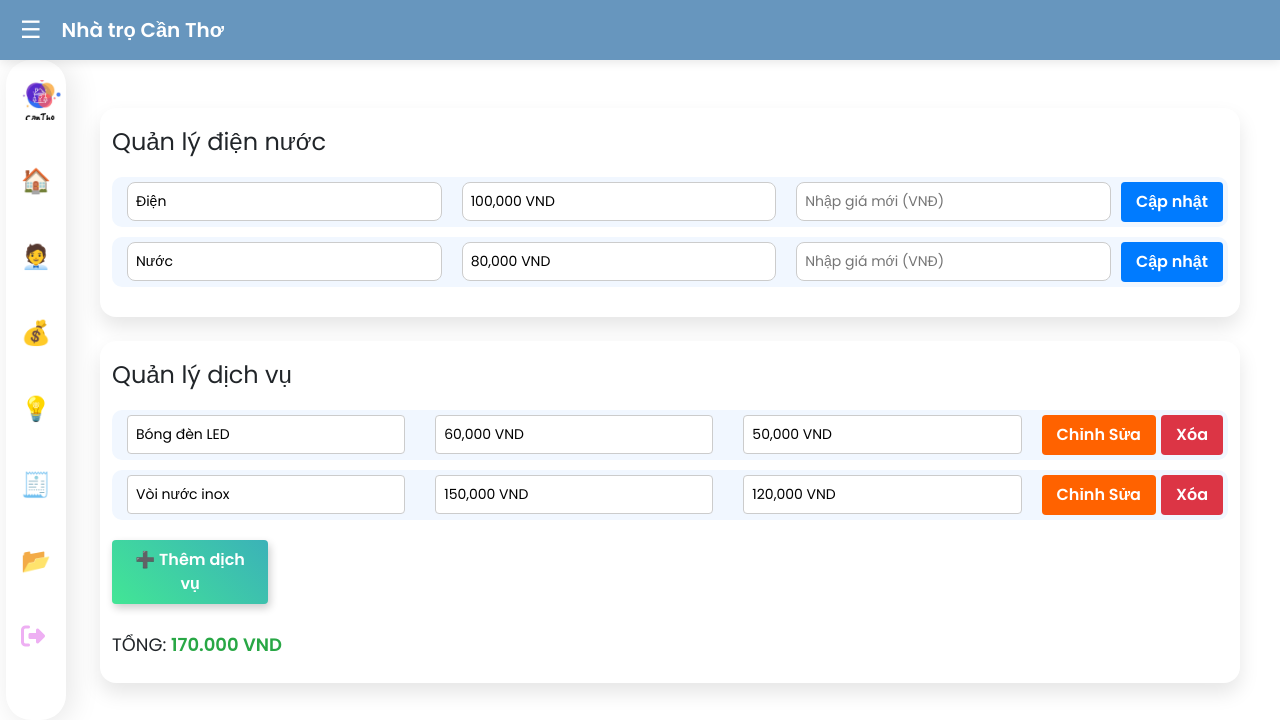
Repository: nhutty0402/DoAn02
Page: HTML/dichvu.html
These files come from the project's save history. The page is drawn as it stood at one moment and after the next save; the edit follows.
The browser window is 1280 px wide. The pictures show the whole page.

Above is the page before, as saved 2025-03-21 00:07:15.

After the next save:
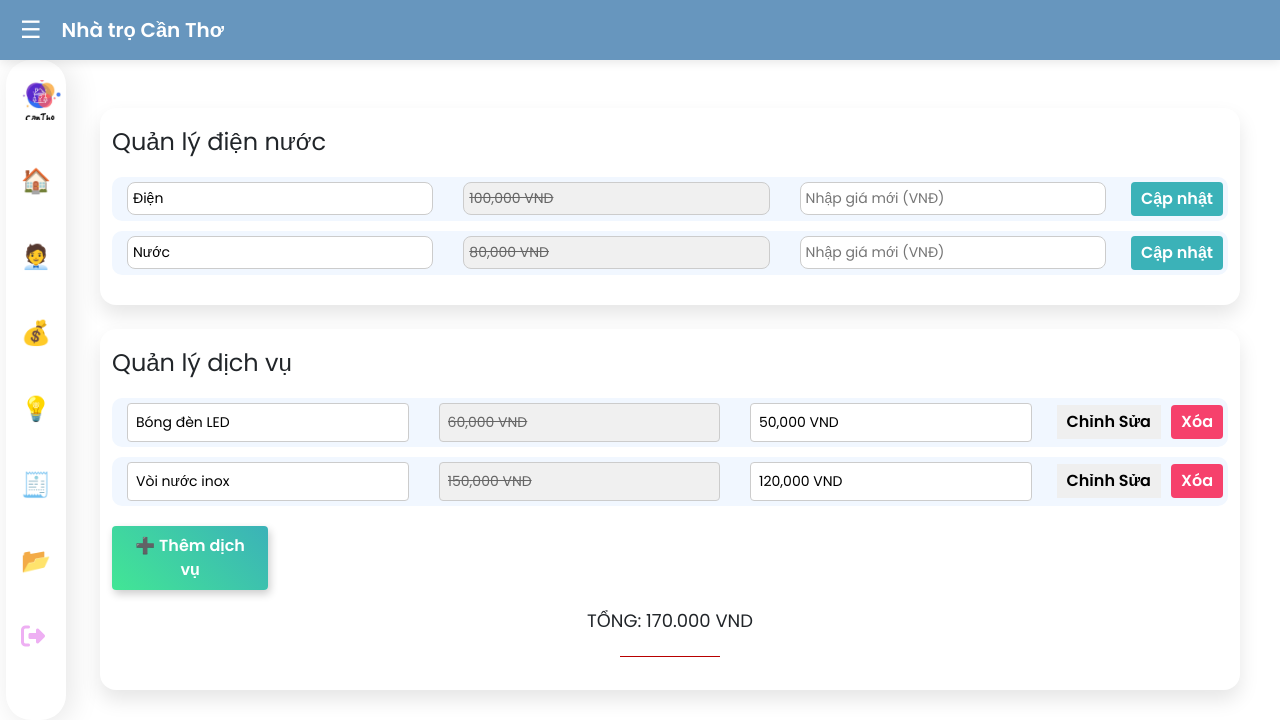
Saved 9 s later.
--- a/CSS/dichvu.css
+++ b/CSS/dichvu.css
@@ -412,6 +412,64 @@ button {
 
 
 
+.cf-title-01 h6 {
+	text-align:center;
+	text-transform:uppercase;
+	padding-bottom:5px;
+}
+/* .cf-title-01 h6:before {
+	width:28px;
+	height:5px;
+	display:block;
+	content:"";
+	position:absolute;
+	bottom:3px;
+	left:50%;
+	margin-left:-14px;
+	background-color:#b80000;
+} */
+.cf-title-01 h6:after {
+	width:100px;
+	height:1px;
+	display:block;
+	content:"";
+	position:relative;
+	margin-top:25px;
+	left:50%;
+	margin-left:-50px;
+	background-color: #b80000;
+}
+
+.container {
+  max-width: 800px;
+  margin: 20px auto;
+  padding: 20px;
+}
+.product, .service {
+  display: flex;
+  align-items: center;
+  margin: 10px 0;
+  gap: 10px;
+}
+input[type="text"] {
+  padding: 5px;
+  flex: 1;
+}
+input[readonly].old-price {
+  background-color: #f0f0f0;
+  color: #666;
+  text-decoration: line-through;
+}
+.btn-group button {
+  margin-left: 5px;
+  padding: 5px 10px;
+  cursor: pointer;
+}
+.add-btn {
+  padding: 5px 10px;
+  margin-top: 10px;
+}
+/* Tính tổng */
 .container {
   max-width: 800px;
   margin: 0 auto;
@@ -442,37 +500,16 @@ button {
   gap: 5px;
 }
 
-.update-btn, .edit-btn, .delete-btn, .add-btn {
+.update-btn, .delete-btn, .add-btn {
   padding: 8px 15px;
   border: none;
   border-radius: 4px;
   cursor: pointer;
-  color: white;
-}
-
-.edit-btn {
-  background-color: #ff6200; /* Màu cam cho nút "Chỉnh sửa" */
-}
-
-.update-btn {
-  background-color: #007bff; /* Màu xanh dương cho nút "Cập nhật" */
-}
-
-.delete-btn {
-  background-color: #dc3545; /* Màu đỏ cho nút "Xóa" */
-}
-
-.add-btn {
-  background-color: #28a745; /* Màu xanh lá cho nút "Thêm dịch vụ" */
-  margin: 10px 0;
-}
+}
+
+
 
 .cf-title-01 h6 {
   font-size: 18px;
   margin-top: 20px;
 }
-
-#total-price {
-  color: #28a745;
-  font-weight: bold;
-}
